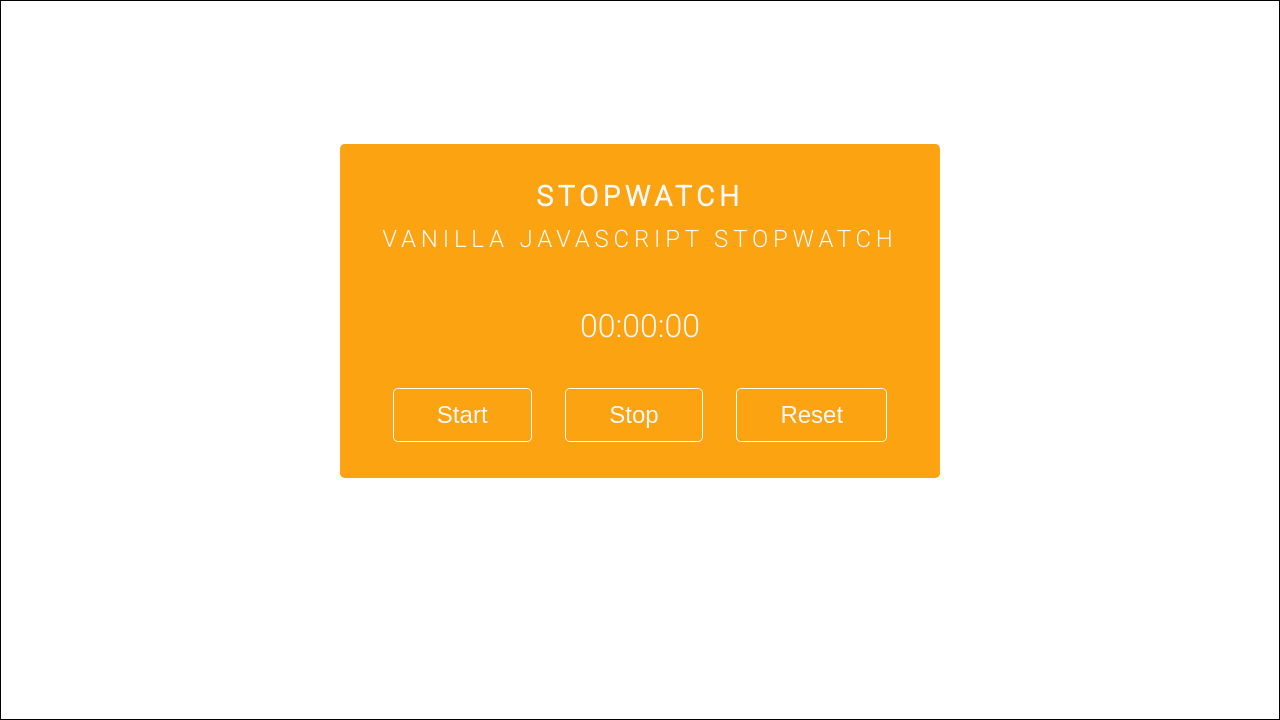
Repository: siaxiong/siaxiong.github.io
Page: doc/stopWatch.html
The author's editor kept a copy of each file at every save. The page is drawn from the files as they stood at one save, then again after the next save.
The browser window is 1280 px wide. The pictures show the whole page.
The first visible `.stopwatch__button` has the focus.

Above is the page before, as saved 2021-03-11 16:19:40.

### doc/stopWatch.html
<!DOCTYPE html>
<html lang="en">

<head>
    <meta charset="UTF-8">
    <meta http-equiv="X-UA-Compatible" content="IE=edge">
    <meta name="viewport" content="width=device-width, initial-scale=1.0">
    <link rel="preconnect" href="https://fonts.gstatic.com">
    <link href="https://fonts.googleapis.com/css2?family=Roboto:wght@300&display=swap" rel="stylesheet">
    <title>StopWatch</title>
</head>

<style>
    * {
        box-sizing: border-box;
        padding: 0;
        margin: 0;
    }


    .container {
        border: 1px solid black;
        height: 100vh;
    }

    .stopwatch {
        margin: 0 auto;
        max-width: 600px;
        width: 100%;

        color: #f8f9fa;
        font-family: 'Roboto', sans-serif;
        text-align: center;

        font-size: 1.5rem;
        border-radius: 0.2em;

    }

    .stopwatch--orange {
        background-color: #fca311;

    }

    .stopwatch__title,
    .stopwatch__buttons {
        padding: 1.5em;
        /* margin: 1em 0; */
        /* border: 1px solid yellow; */
    }

    .stopwatch__title {
        overflow-wrap: break-word;
        letter-spacing: 0.2em;
        /* font-size: 1.5rem; */
    }

    .stopwatch__title>* + *{
        margin: 0.5em 0;

    }

    .stopwatch__buttons {
        display: flex;
        justify-content: space-around;
        flex-wrap: wrap;
    }

    .stopwatch__button:focus {
        outline: none
    }



    .stopwatch__time {
        overflow-wrap: break-word;
        font-size: 2rem;
        padding: 0.2em;
    }

    .stopwatch__buttons>* {
        border: 1px solid #fff;
        border-radius: 0.2em;
        padding: 0.5em 1.8em;
        font-size: inherit;
        color: inherit;
        background-color: inherit;

    }

    .stopwatch--position {
        position: absolute;
        top: 20%;
        left: 50%;
        transform: translateX(-50%);

    }

    @media only screen and (max-width: 700px) {
        .stopwatch {
            max-width: 90%;
        }
    }

    @media only screen and (max-width:556px) {
        .stopwatch__buttons>* {
            flex: 1;
        }
    }
</style>

<body>

    <!-----USE BEM METHODOLOGY-->
    <div class="container">

        <div class="stopwatch stopwatch--orange stopwatch--medium stopwatch--position">
            <div class="stopwatch__title">
                <h3>STOPWATCH</h3>
                <p>VANILLA JAVASCRIPT STOPWATCH</p>
            </div>

            <div id="stopwatch__time" class="stopwatch__time">
                00:00:00

            </div>

            <div class="stopwatch__buttons">
                <button id="stopwatch__button--start" class="stopwatch__button">
                    Start
                </button>
                <button id="stopwatch__button--stop" class="stopwatch__button">
                    Stop
                </button>
                <button id="stopwatch__button--reset"class="stopwatch__button">
                    Reset
                </button>
            </div>

        </div>

    </div>

    <script>

        let startButton = document.getElementById('stopwatch__button--start');
        let stopButton = document.getElementById('stopwatch__button--stop');
        let resetButton = document.getElementById('stopwatch__button--reset');

        let startTime;
        let elapsedTime = 0;
        let timerInterval;

        startButton.addEventListener("click", start);
        stopButton.addEventListener("click", stop);
        resetButton.addEventListener("click", reset);



        function start(){
            startTime = Date.now() - elapsedTime;
            timerInterval = setInterval(function printTime(){
                elapsedTime = Date.now() - startTime;
                print(timeToString(elapsedTime));
            }, 10)
        }

        function stop(){
            clearInterval(timerInterval);
        }

        function reset(){
            clearInterval(timerInterval);
            print("00:00:00");
            elapsedTime = 0;
        }

        function print(txt){
            document.getElementById("stopwatch__time").innerHTML = txt;
        }

        function timeToString(time) {

            let diffInHrs = time / 3600000;
            let hh = Math.floor(diffInHrs)

            let diffInMin = (diffInHrs - hh) * 60;
            let mm = Math.floor(diffInMin)

            let diffInSec = (diffInMin - mm) * 60;
            let ss = Math.floor(diffInSec);

            let DiffInMs = (diffInSec - ss) * 100;
            let ms = Math.floor(DiffInMs);


            let formattedMM = mm.toString().padStart(2, "0");
            let formattedSS = ss.toString().padStart(2, "0");
            let formattedMS = ms.toString().padStart(2, "0");


            return `${formattedMM}:${formattedSS}:${formattedMS}`;
        }




    </script>


</body>

</html>

After the next save:
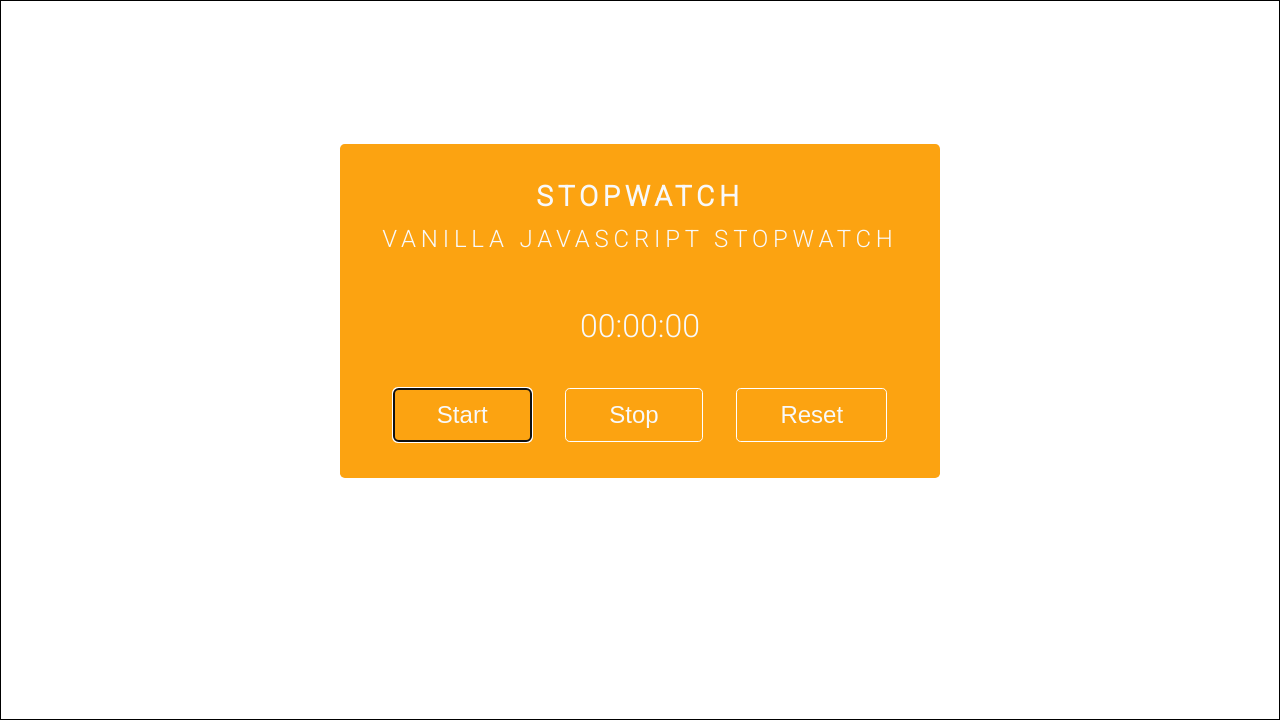
Saved 13 s later.
--- a/doc/stopWatch.html
+++ b/doc/stopWatch.html
@@ -67,7 +67,7 @@
     }
 
     .stopwatch__button:focus {
-        outline: none
+        /* outline: none */
     }
 
 
